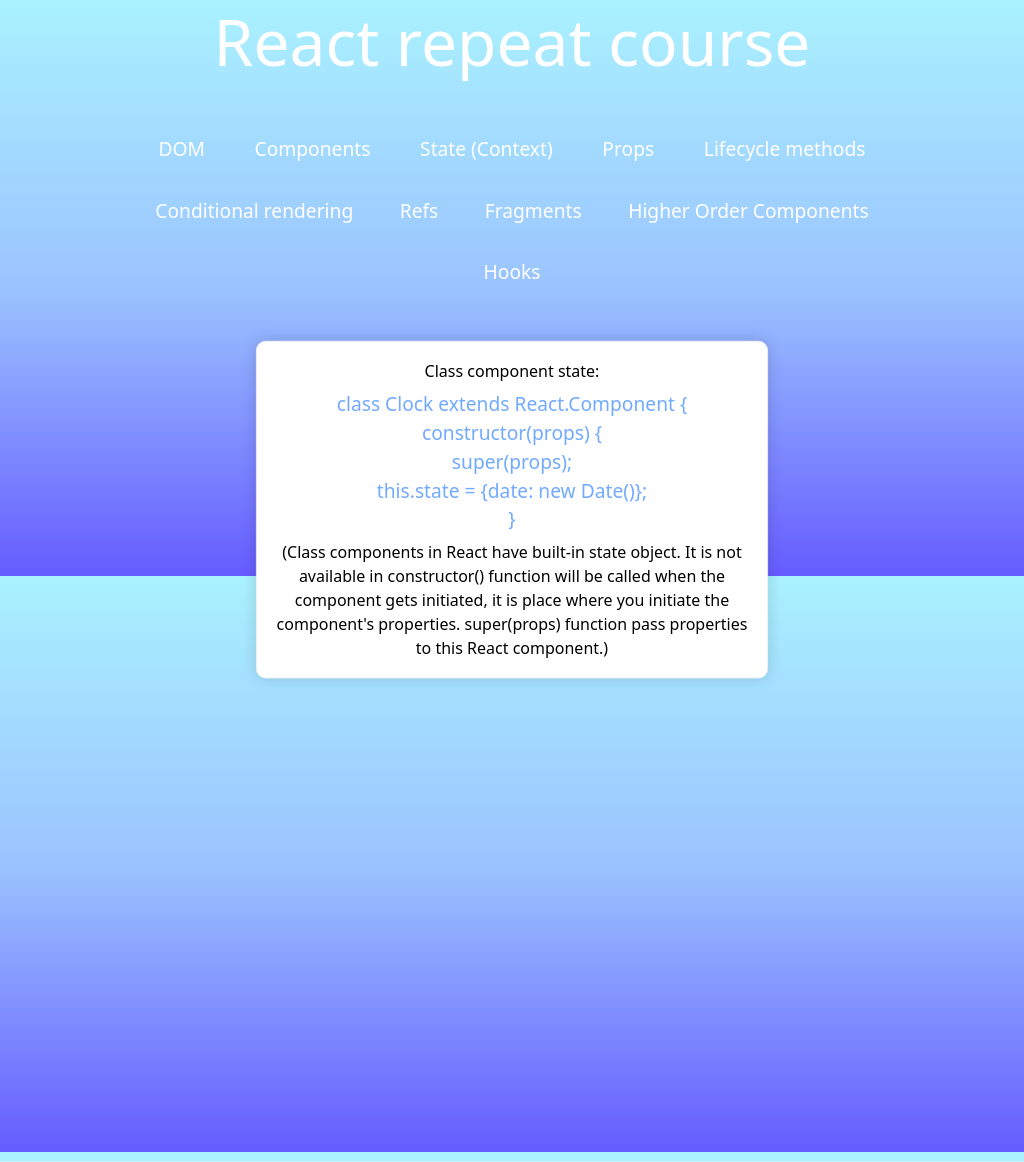
Repository: michalgornicki/github
Page: /#/State
An editor plug-in stored every save of this project. The page is shown before and after a run of saves, followed by the edit.
The browser window is 1280 px wide. The pictures show the whole page, at 80% of full size.
Backgrounds fixed to the window are drawn as part of the page. The project was rebuilt for these pictures with package versions that can differ from the ones it lists, and the page was loaded fresh each time. Also part of the build but not shown: src/components/dom.jsx, src/components/components.jsx, src/components/props.jsx, src/components/lifecycle.jsx, src/components/conditional.jsx, src/components/refs.jsx, src/components/fragments.jsx, src/components/hoc.jsx and 1 more.

Above is the page before, as saved 2022-02-07 12:52:25.

### src/App.jsx
import React from "react";
import "./App.css";
import "bootstrap/dist/css/bootstrap.min.css";
import { Route, HashRouter as Router, Routes, Link } from "react-router-dom";
import DOM from "./components/dom.jsx";
import Components from "./components/components.jsx";
import State from "./components/state.jsx";
import Props from "./components/props.jsx";
import Lifecycle from "./components/lifecycle.jsx";
import Conditional from "./components/conditional.jsx";
import Refs from "./components/refs.jsx";
import Fragments from "./components/fragments.jsx";
import HOC from "./components/hoc.jsx";
import Hooks from "./components/hooks.jsx";

const App = () => {
  return (
    <Router>
      <div className="text-center">
        <div className="display-1 mt-1 mb-5 text-white">React repeat course</div>

        <div className="h4 d-flex w-75 m-auto my-5 justify-content-evenly flex-wrap text-white">
          <Link className="link-style m-3" to="/">
            DOM
          </Link>
          <Link className="link-style m-3" to="/Components">
            Components
          </Link>
          <Link className="link-style m-3" to="/State">
            State (Context)
          </Link>
          <Link className="link-style m-3" to="/Props">
            Props
          </Link>
          <Link className="link-style m-3" to="/Lifecycle">
            Lifecycle methods
          </Link>
          <Link className="link-style m-3" to="/Conditional">
            Conditional rendering
          </Link>
          <Link className="link-style m-3" to="/Refs">
            Refs
          </Link>
          <Link className="link-style m-3" to="/Fragments">
            Fragments
          </Link>
          <Link className="link-style m-3" to="/HOC">
            Higher Order Components
          </Link>
          <Link className="link-style m-3" to="/Hooks">
            Hooks
          </Link>
        </div>

        <Routes>
          <Route path="/" element={<DOM />} />
          <Route path="/Components" element={<Components />} />
          <Route path="/State" element={<State />} />
          <Route path="/Props" element={<Props />} />
          <Route path="/Lifecycle" element={<Lifecycle />} />
          <Route path="/Conditional" element={<Conditional />} />
          <Route path="/Refs" element={<Refs />} />
          <Route path="/Fragments" element={<Fragments />} />
          <Route path="/HOC" element={<HOC />} />
          <Route path="/Hooks" element={<Hooks />} />
        </Routes>
      </div>
    </Router>
  );
};

export default App;

### src/App.css
@import url('https://fonts.googleapis.com/css2?family=Catamaran:wght@400&display=swap');

body{
    font-family: 'Catamaran', sans-serif;
    overflow-x: hidden;
    padding-bottom: 80vh;
    height: auto;
    background: linear-gradient(rgb(170, 242, 255), rgb(155, 195, 255), rgb(102, 92, 255));
    background-attachment: fixed;
}

.js-item{
    color:rgb(0, 0, 0);
    font-size: 1.25rem;
    background-color: white;
    transition: 0.2s;
    padding: 3vh;
    margin-bottom: 4vh!important;
    border: 1px solid rgb(240, 240, 240);
    width: 50%;
    margin-left: auto;
    margin-right: auto;
    box-shadow: 0px 0px 20px rgba(0, 0, 0, 0.15);
    border-radius: 0.75rem;
}

.js-item:hover{
    cursor: pointer;
    background-color: rgb(240, 240, 240);
}

.text-color{
    margin: auto;
    padding: 0.5rem;
    width: fit-content;
    color:rgb(113, 170, 255)!important;
    font-size: 1.5rem;
    border-radius: 1rem;
}

.link-style{
    color: inherit;
    text-decoration: inherit;
    padding: 0.5rem;
    border-radius: 0.5rem;
}

.link-style:hover{
    color: rgb(113, 170, 255);
    text-decoration: inherit;
}

@media only screen and (max-device-width: 600px), (max-width: 600px) {

    .js-item{
        width: 95%;
    }

}

### src/components/state.jsx
const State = () => {
  return (
    <div className="">
      <div className="js-item">
        {" "}
        <div className="">Class component state: </div>
        <div className="text-color">
          {`class Clock extends React.Component {`} <br />
          {`constructor(props) {`} <br />
          {`super(props);`}{" "} <br />
          {`this.state = {date: new Date()};`}{" "} <br />
          {`}`}{" "}
        </div>{" "}
        (Class components in React have built-in state object. It is not available in constructor() function will be called when the component gets initiated, it is place where you initiate the component's properties. super(props) function pass properties to this React component.)
      </div>
    </div>
  );
};

export default State;

Loaded but not shown: public/index.html (common file); src/index.js (common file); src/index.css (common file); src/reportWebVitals.js (common file)

After the next 3 saves:
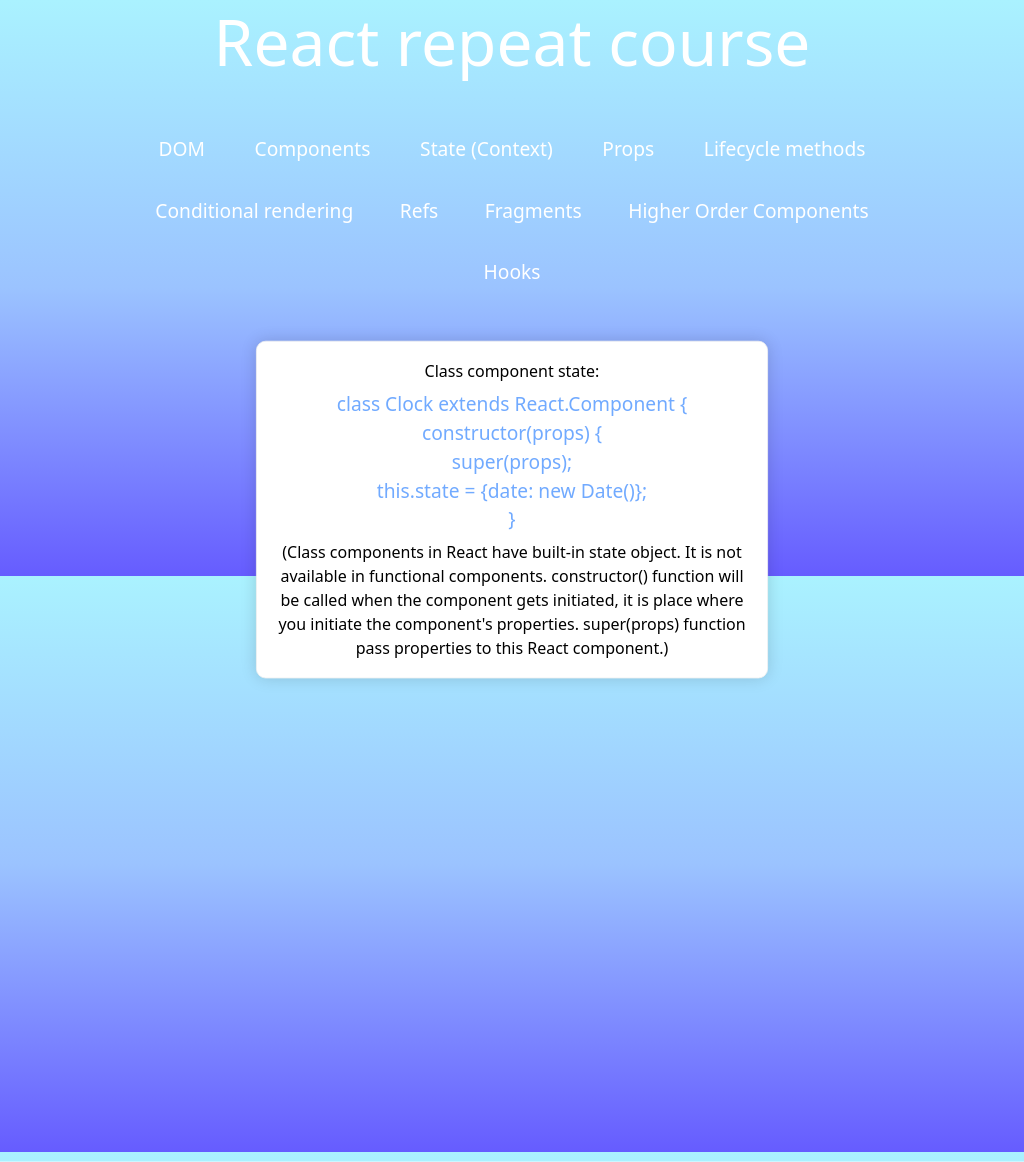
The 3 saves are shown as one change because they came seconds apart.
The last was saved 7 s later.
--- a/src/components/state.jsx
+++ b/src/components/state.jsx
@@ -11,7 +11,7 @@
           {`this.state = {date: new Date()};`}{" "} <br />
           {`}`}{" "}
         </div>{" "}
-        (Class components in React have built-in state object. It is not available in constructor() function will be called when the component gets initiated, it is place where you initiate the component's properties. super(props) function pass properties to this React component.)
+        (Class components in React have built-in state object. It is not available in functional components. constructor() function will be called when the component gets initiated, it is place where you initiate the component's properties. super(props) function pass properties to this React component.)
       </div>
     </div>
   );
